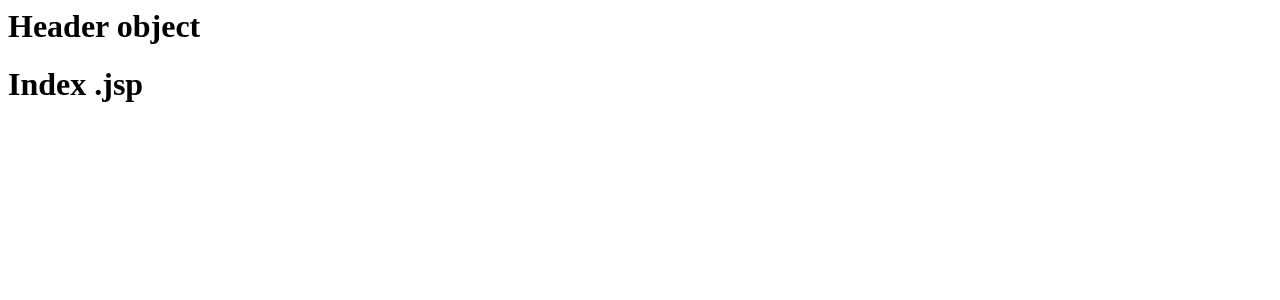
Repository: ScorpionHell7/ServletProjects
Page: http://localhost/AttribuesExample/
These files come from the project's save history. The page is drawn as it stood at one moment and after the next save; the edit follows.
The browser window is 1280 px wide. The pictures show the whole page.
The page is served by Tomcat 10. Other server files are loaded and not shown.

Above is the page before, as saved 2024-05-05 09:25:33.

### Servlet_workspace/AttribuesExample/src/main/webapp/index.jsp
<%@ page language="java" contentType="text/html; charset=ISO-8859-1"
    pageEncoding="ISO-8859-1"%>
<%@ include file="header.jsp"%>
<!DOCTYPE html>
<html>

<head>
<meta charset="ISO-8859-1">
<title>Insert title here</title>
</head>
<body>
	<h1>Index .jsp</h1>
</body>
</html>

### Servlet_workspace/AttribuesExample/src/main/webapp/header.jsp
<h1>Header object</h1>

Loaded but not shown: Servlet_workspace/AttribuesExample/src/main/webapp/footer.html (common file)

After the next save:
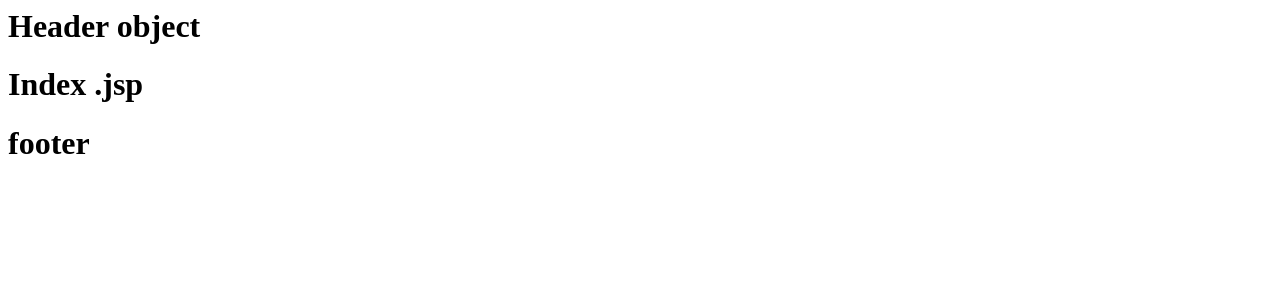
Saved 16 s later.
--- a/Servlet_workspace/AttribuesExample/src/main/webapp/index.jsp
+++ b/Servlet_workspace/AttribuesExample/src/main/webapp/index.jsp
@@ -10,5 +10,6 @@
 </head>
 <body>
 	<h1>Index .jsp</h1>
+	<%@ include file="footer.html"%>
 </body>
 </html>
